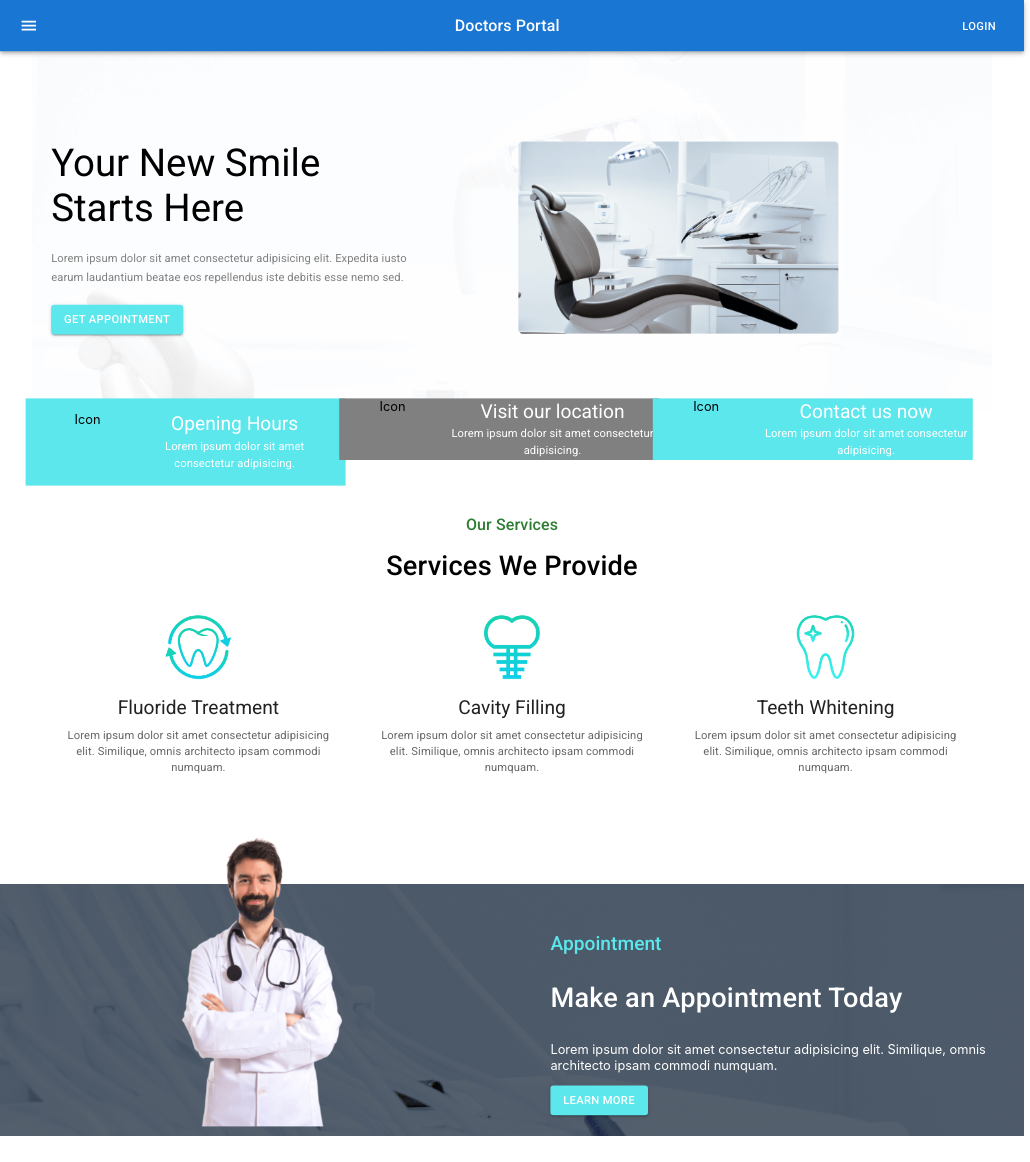
Repository: Sharif-00112/doctors-portal-client
Page: /
These files come from the project's save history. The page is drawn as it stood at one moment and after the next save; the edit follows.
The browser window is 1280 px wide. The page is 1288 px wide, so the pictures cover 1288 px, including what lies to the right of the window. The pictures show the whole page, at 80% of full size.
The project was rebuilt for these pictures with package versions that can differ from the ones it lists, and the page was loaded fresh each time.

Above is the page before, as saved 2022-11-01 23:21:35.

### public/index.html
<!DOCTYPE html>
<html lang="en">
  <head>
    <meta charset="utf-8" />
    <link rel="icon" href="%PUBLIC_URL%/favicon.ico" />
    <meta name="viewport" content="width=device-width, initial-scale=1" />
    <meta name="theme-color" content="#000000" />
    <meta
      name="description"
      content="Web site created using create-react-app"
    />
    <link
      rel="stylesheet" href="https://fonts.googleapis.com/css?family=Roboto:300,400,500,700&display=swap"
    />

    <link rel="apple-touch-icon" href="%PUBLIC_URL%/logo192.png" />
    <!--
      manifest.json provides metadata used when your web app is installed on a
      user's mobile device or desktop. See https://developers.google.com/web/fundamentals/web-app-manifest/
    -->
    <link rel="manifest" href="%PUBLIC_URL%/manifest.json" />
    <!--
      Notice the use of %PUBLIC_URL% in the tags above.
      It will be replaced with the URL of the `public` folder during the build.
      Only files inside the `public` folder can be referenced from the HTML.

      Unlike "/favicon.ico" or "favicon.ico", "%PUBLIC_URL%/favicon.ico" will
      work correctly both with client-side routing and a non-root public URL.
      Learn how to configure a non-root public URL by running `npm run build`.
    -->
    <title>React App</title>
  </head>
  <body>
    <noscript>You need to enable JavaScript to run this app.</noscript>
    <div id="root"></div>
    <!--
      This HTML file is a template.
      If you open it directly in the browser, you will see an empty page.

      You can add webfonts, meta tags, or analytics to this file.
      The build step will place the bundled scripts into the <body> tag.

      To begin the development, run `npm start` or `yarn start`.
      To create a production bundle, use `npm run build` or `yarn build`.
    -->
  </body>
</html>

### src/App.js
import './App.css';
import { BrowserRouter as Router, Route, Routes} from 'react-router-dom';
import Home from './Pages/Home/Home/Home';

function App() {
  return (
    <div className="App">
      <Router>
        {/* <Header></Header> */}
        <Routes>
          <Route exact path = '/' element={<Home/>}/>
          <Route exact path = '/home' element={<Home/>}/>
          <Route exact path = '*' element={<Home/>}/>
        </Routes>
        {/* <Footer></Footer> */}
      </Router>
    </div>
  );
}

export default App;

### src/Pages/Home/Home/Home.js
import React from 'react';
import Navigation from '../../Shared/Navigation/Navigation';
import AppointmentBanner from '../AppointmentBanner/AppointmentBanner';
import Banner from '../Banner/Banner';
import Services from '../Services/Services';

const Home = () => {
    return (
        <div>
            {/* <h2>This is Home</h2> */}
            <Navigation></Navigation>
            <Banner></Banner>
            <Services></Services>
            <AppointmentBanner></AppointmentBanner>
        </div>
    );
};

export default Home;

### src/Pages/Shared/Navigation/Navigation.js
import React from 'react';
import AppBar from '@mui/material/AppBar';
import Box from '@mui/material/Box';
import Toolbar from '@mui/material/Toolbar';
import Typography from '@mui/material/Typography';
import Button from '@mui/material/Button';
import IconButton from '@mui/material/IconButton';
import MenuIcon from '@mui/icons-material/Menu';

const Navigation = () => {
    return (
        <div>
            <Box sx={{ flexGrow: 1, pb:2 }}>
                <AppBar position="static">
                    <Toolbar>
                        <IconButton
                            size="large"
                            edge="start"
                            color="inherit"
                            aria-label="menu"
                            sx={{ mr: 2 }}
                        >
                            <MenuIcon />
                        </IconButton>
                        <Typography variant="h6" component="div" sx={{ flexGrow: 1 }}>
                            Doctors Portal
                        </Typography>
                        <Button color="inherit">Login</Button>
                    </Toolbar>
                </AppBar>
            </Box>
        </div>
    );
};

export default Navigation;

### src/Pages/Home/AppointmentBanner/AppointmentBanner.js
import React from 'react';
import Box from '@mui/material/Box';
import Grid from '@mui/material/Unstable_Grid2';
import Typography from '@mui/material/Typography';

import doctor from '../../../images/images/doctor.png'
import bg from '../../../images/images/appointment-bg.png'
import { Button } from '@mui/material';

const appointmentBanner = {
    background: `url(${bg})`,
    marginTop: 100,
    backgroundColor: 'rgba(45, 58, 74, 0.8)',
    backgroundBlendMode: 'darken, luminosity'
}

const AppointmentBanner = () => {
    return (
        <div>
            <Box style={appointmentBanner} sx={{ flexGrow: 1, mb:5 }}>
                <Grid container spacing={2}>
                    <Grid xs={12} md={6}>
                        <img
                           style={{width: 400, marginTop: '-105px' }}
                        src={doctor} alt="" />
                    </Grid>

                    <Grid xs={12} md={6} sx={{
                        display: 'flex',
                        justifyContent: 'flex-start',
                        textAlign: 'left',
                        alignItems: 'center'
                        }}>
                        <Box sx={{pl: 5}}>
                            <Typography sx={{ mb: 2, mt: 4, fontWeight: 500 }} style={{color: '#5CE7ED'}} variant="h5" component="div">
                                Appointment
                            </Typography>
                            <Typography sx={{ mb: 2, mt: 4, fontWeight: 500 }} style={{color: 'white'}} variant="h4" component="div">
                                Make an Appointment Today
                            </Typography>
                            <Typography sx={{ mb: 2, mt: 4 }} style={{color: 'white'}} variant="" component="div">
                                Lorem ipsum dolor sit amet consectetur adipisicing elit. Similique, omnis architecto ipsam commodi numquam.
                            </Typography>
                            <Button variant="contained" style={{backgroundColor: '#5CE7ED'}}>Learn More</Button>
                        </Box>
                    </Grid>
                </Grid>
            </Box>
        </div>
    );
};

export default AppointmentBanner;

### src/Pages/Home/Banner/Banner.js
import React from 'react';
import Grid from '@mui/material/Grid';
import Typography from '@mui/material/Typography';
import { Box, Button, Container } from '@mui/material';

import chair from '../../../images/images/chair.png';
import bnBg from '../../../images/images/bg.png';

const bannerBg = {
    background: `url(${bnBg})`
}

const verticalCenter = {
    display: 'flex',
    alignItems: 'center',
    height: 450
}

const Banner = () => {
    return (
        <div>
            <Container style={bannerBg} sx={{ flexGrow: 1 }}>
                <Grid container spacing={2}>
                    <Grid item style={{ ...verticalCenter, textAlign: 'left'}} xs={12} md={6}>
                        <Box>
                            <Typography sx={{ }} style={{color: 'black'}} variant="h3" component="div">
                                Your New Smile <br />
                                Starts Here
                            </Typography>
                            <Typography sx={{ my: 3, pr: 15, fontSize: 14, fontWeight: 400, color: 'gray'}} variant="h6" component="div">
                                Lorem ipsum dolor sit amet consectetur adipisicing elit. Expedita iusto earum laudantium beatae eos repellendus iste debitis esse nemo sed.
                            </Typography>
                            <Button variant="contained" style={{backgroundColor: '#5CE7ED'}}>Get Appointment</Button>
                        </Box>
                    </Grid>
                    <Grid item xs={12} md={6} style={verticalCenter}>
                        <img style={{ width: '400px'}} src={chair} alt="" />
                    </Grid>
                </Grid>
            </Container>

            <Container sx={{ flexGrow: 1 }}>
                <Grid container rowSpacing={1} columnSpacing={{ xs: 1, sm: 2, md: 3 }}>
                    <Grid xs={4}>
                        <Grid sx={{ p:2}} container spacing={1} style={{ backgroundColor: '#5CE7ED'}}>
                            <Grid xs={4}>
                                Icon
                            </Grid>
                            <Grid xs={8}>
                                <Typography sx={{ }} style={{color: 'white'}} variant="h5" component="div">
                                    Opening Hours
                                </Typography>
                                <Typography sx={{ fontSize: 14, fontWeight: 400 }} style={{color: 'white'}} variant="h6" component="div">
                                    Lorem ipsum dolor sit amet consectetur adipisicing.
                                </Typography>
                            </Grid>
                        </Grid>
                    </Grid>
                    <Grid xs={4}>
                        <Grid container spacing={1} style={{ backgroundColor: 'gray'}}>
                            <Grid xs={4}>
                                Icon
                            </Grid>
                            <Grid xs={8}>
                                <Typography sx={{ }} style={{color: 'white'}} variant="h5" component="div">
                                    Visit our location
                                </Typography>
                                <Typography sx={{ fontSize: 14, fontWeight: 400 }} style={{color: 'white'}} variant="h6" component="div">
                                    Lorem ipsum dolor sit amet consectetur adipisicing.
                                </Typography>
                            </Grid>
                        </Grid>
                    </Grid>
                    <Grid xs={4}>
                        <Grid container spacing={1} style={{ backgroundColor: '#5CE7ED'}}>
                            <Grid xs={4}>
                                Icon
                            </Grid>
                            <Grid xs={8}>
                                <Typography sx={{ }} style={{color: 'white'}} variant="h5" component="div">
                                    Contact us now
                                </Typography>
                                <Typography sx={{ fontSize: 14, fontWeight: 400 }} style={{color: 'white'}} variant="h6" component="div">
                                    Lorem ipsum dolor sit amet consectetur adipisicing.
                                </Typography>
                            </Grid>
                        </Grid>
                    </Grid>
                </Grid>
            </Container>
        </div>
    );
};

export default Banner;

### src/Pages/Home/Services/Services.js
import React from 'react';
import Box from '@mui/material/Box';
import Grid from '@mui/material/Unstable_Grid2';
import Typography from '@mui/material/Typography';
import { Container } from '@mui/material';
import Service from '../Service/Service';

import fluoride from '../../../images/images/fluoride.png';
import cavity from '../../../images/images/cavity.png'
import whitening from '../../../images/images/whitening.png'

const services = [
    {
        name: 'Fluoride Treatment',
        description: 'Lorem ipsum dolor sit amet consectetur adipisicing elit. Similique, omnis architecto ipsam commodi numquam.',
        img: fluoride
    },
    {
        name: 'Cavity Filling',
        description: 'Lorem ipsum dolor sit amet consectetur adipisicing elit. Similique, omnis architecto ipsam commodi numquam.',
        img: cavity
    },
    {
        name: 'Teeth Whitening',
        description: 'Lorem ipsum dolor sit amet consectetur adipisicing elit. Similique, omnis architecto ipsam commodi numquam.',
        img: whitening
    }
]

const Services = () => {
    return (
        <div>
            <Box sx={{ flexGrow: 1 }}>
                <Container>
                    <Typography sx={{ mb: 2, mt: 4, fontWeight: 500, color: 'success.main' }} variant="h6" component="div">
                        Our Services
                    </Typography>
                    <Typography sx={{ mb: 3, fontWeight: 500 }} variant="h4" component="div">
                        Services We Provide
                    </Typography>

                    <Grid container spacing={{ xs: 2, md: 3 }} columns={{ xs: 4, sm: 8, md: 12 }}>
                        {
                            services.map(service => (
                                <Grid xs={2} sm={4} md={4} key={service.name}>
                                <Service
                                    key = {service.name}
                                    service = {service}
                                ></Service>
                            </Grid>
                            ))
                        }
                    </Grid>
                </Container>
            </Box>
        </div>
    );
};

export default Services;

### src/Pages/Home/Service/Service.js
import React from 'react';
import Card from '@mui/material/Card';
// import CardActions from '@mui/material/CardActions';
import CardContent from '@mui/material/CardContent';
// import Button from '@mui/material/Button';
import Typography from '@mui/material/Typography';
import CardMedia from '@mui/material/CardMedia';

const Service = (props) => {
    const {name, description, img} = props.service
    return (
        <div>
            <Card sx={{ minWidth: 275, border: 0, boxShadow: 0, mt: 1.5 }}>
                <CardMedia
                    component="img"
                    style={{width: 'auto', height: '80px', margin: '4px auto'}}
                    image={img}
                    alt={name}
                />
                <CardContent>
                    <Typography sx={{ mb: 1 }} variant="h5" component="div">
                        {name}
                    </Typography>
                    <Typography sx={{ mb: 1.5 }} variant="body2" color="text.secondary">
                        {description}
                    </Typography>
                </CardContent>
                {/* <CardActions>
                    <Button size="small">Learn More</Button>
                </CardActions> */}
            </Card>
        </div>
    );
};

export default Service;

Loaded but not shown: src/index.js (common file); src/index.css (common file); src/reportWebVitals.js (common file); src/App.css (common file)

After the next save:
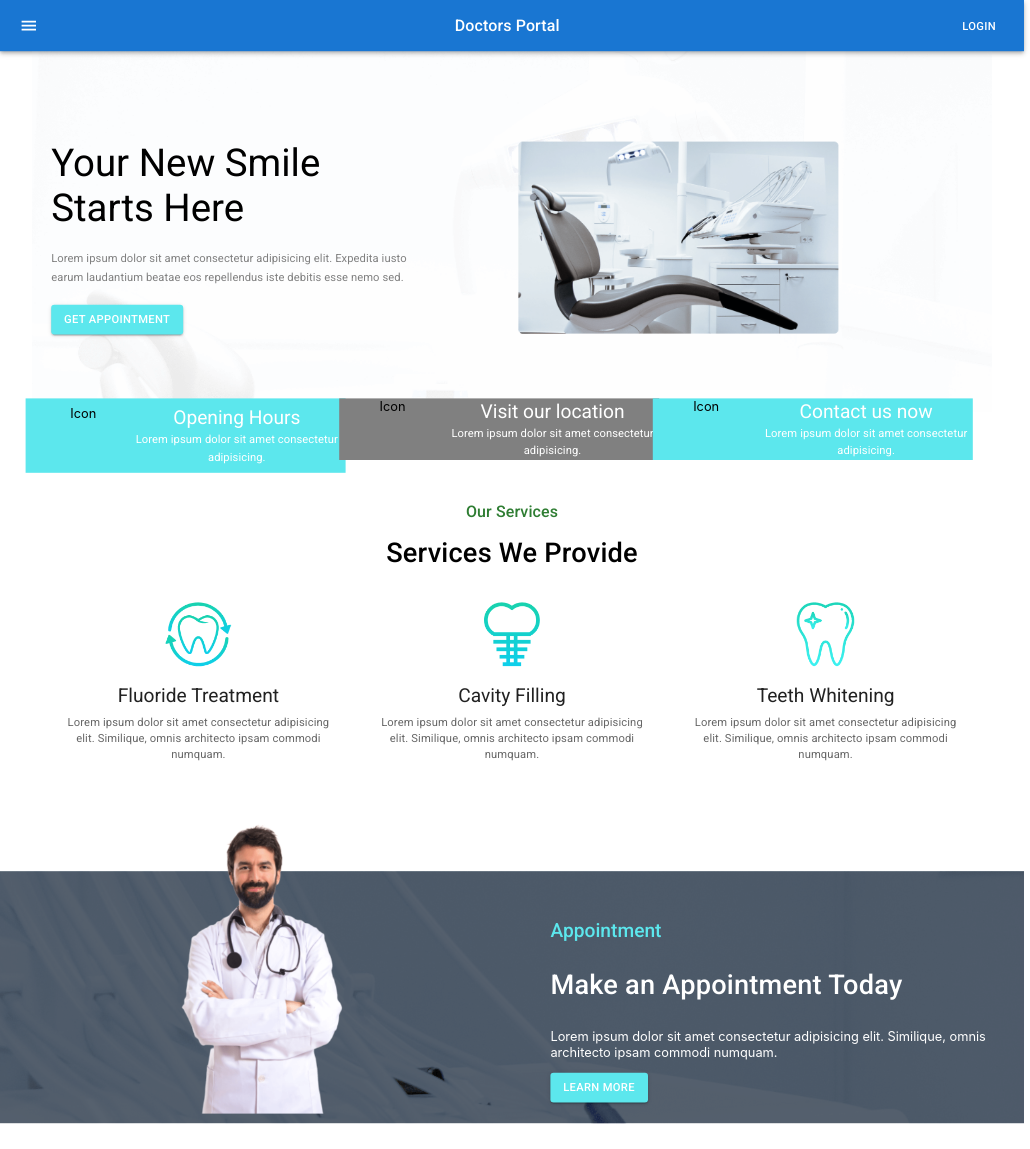
Saved 4 s later.
--- a/src/Pages/Home/Banner/Banner.js
+++ b/src/Pages/Home/Banner/Banner.js
@@ -42,7 +42,7 @@ const Banner = () => {
             <Container sx={{ flexGrow: 1 }}>
                 <Grid container rowSpacing={1} columnSpacing={{ xs: 1, sm: 2, md: 3 }}>
                     <Grid xs={4}>
-                        <Grid sx={{ p:2}} container spacing={1} style={{ backgroundColor: '#5CE7ED'}}>
+                        <Grid sx={{ p:1}} container spacing={1} style={{ backgroundColor: '#5CE7ED'}}>
                             <Grid xs={4}>
                                 Icon
                             </Grid>
